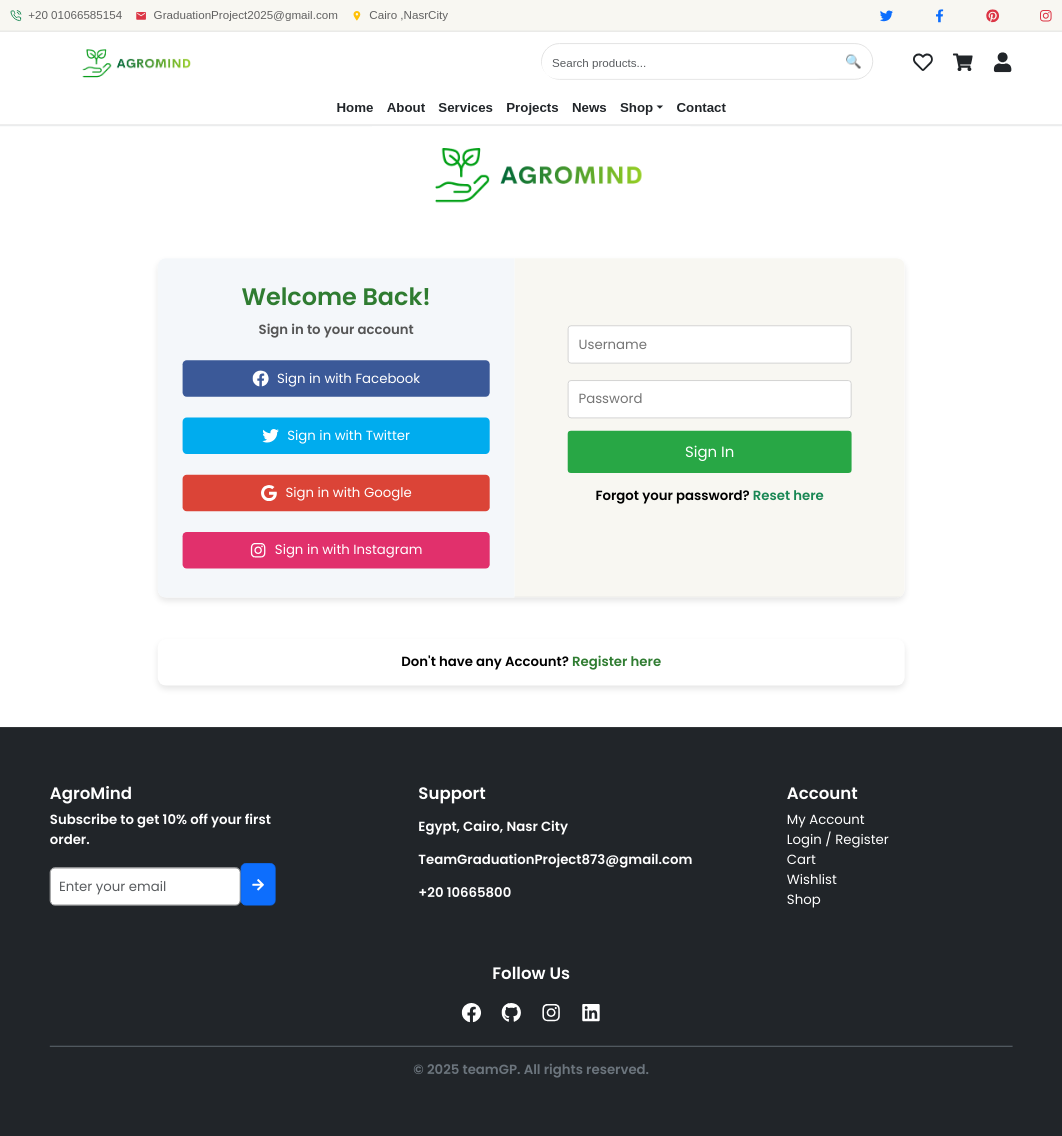
Repository: ShimaaMohamedRoshdi/WorkSpace-agromind
Page: /signin (app in agricultural-management-system-vs/agricultural-management-system-main/)
An editor plug-in stored every save of this project. The page is shown before and after the next save, followed by the edit.
The browser window is 1280 px wide. The pictures show the whole page, at 83% of full size.
The project was rebuilt for these pictures with package versions that can differ from the ones it lists, and the page was loaded fresh each time. Also part of the build but not shown: agricultural-management-system-vs/agricultural-management-system-main/vite.config.js, agricultural-management-system-vs/agricultural-management-system-main/src/pages/SignUp.jsx, agricultural-management-system-vs/agricultural-management-system-main/src/components/HealthyFoods.css, agricultural-management-system-vs/agricultural-management-system-main/src/components/HealthyFoods.jsx, agricultural-management-system-vs/agricultural-management-system-main/src/components/ProductCard.jsx, agricultural-management-system-vs/agricultural-management-system-main/src/components/Products.jsx, agricultural-management-system-vs/agricultural-management-system-main/src/components/AgricultureSkill.jsx, agricultural-management-system-vs/agricultural-management-system-main/src/components/HeroSection.jsx and 39 more.

Above is the page before, as saved 2025-05-01 04:26:36.

After the next save:
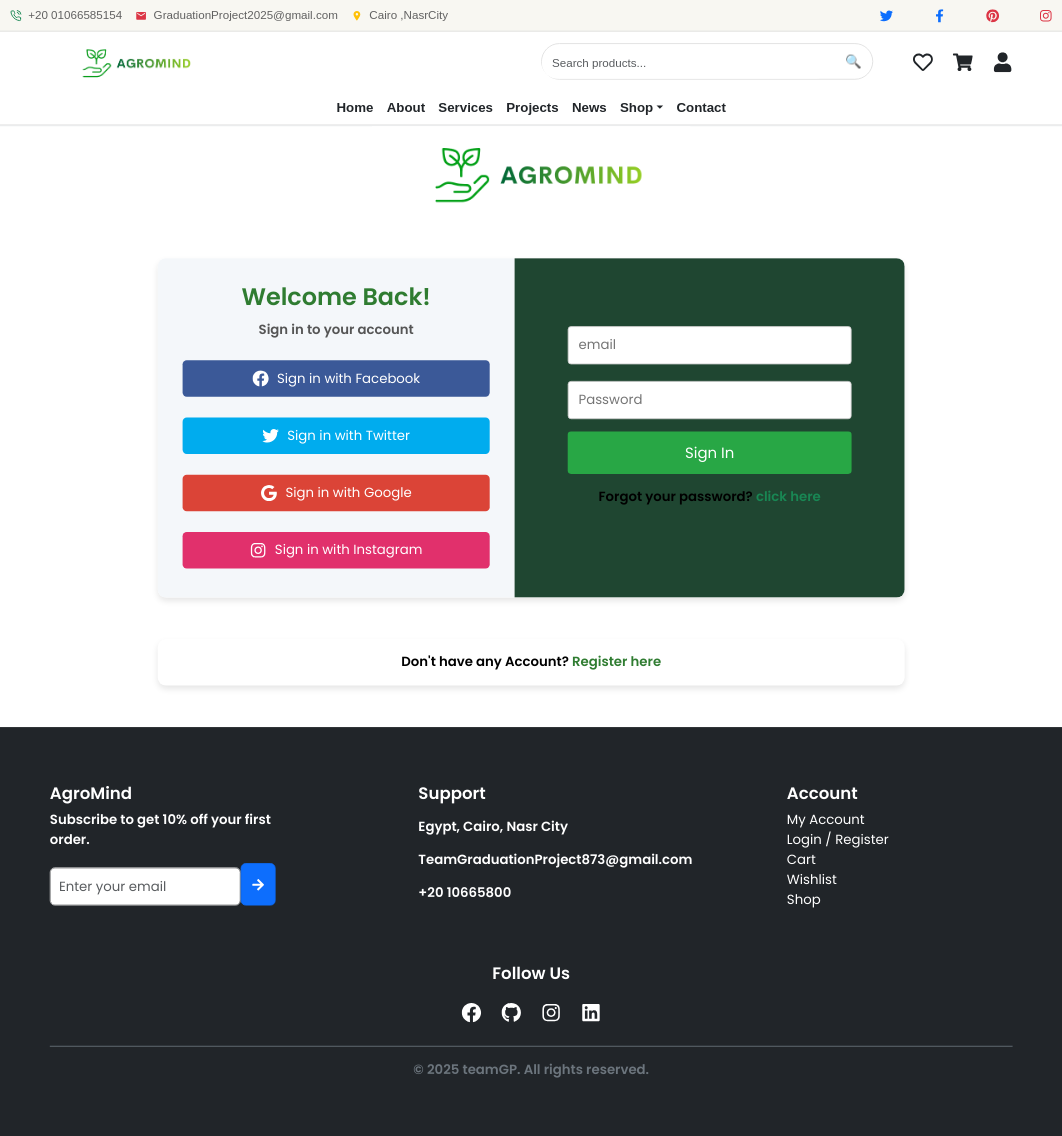
Saved 17 s later.
--- a/agricultural-management-system-vs/agricultural-management-system-main/src/pages/SignIn.jsx
+++ b/agricultural-management-system-vs/agricultural-management-system-main/src/pages/SignIn.jsx
@@ -3,6 +3,7 @@ import { Formik, Form, Field, ErrorMessage } from "formik";
 import { Link, useNavigate } from "react-router-dom"; // Import useNavigate
 import * as Yup from "yup";
 import { FaFacebook, FaTwitter, FaGoogle, FaInstagram } from "react-icons/fa";
+import api from "../../services/api";
 import "../App.css";
 import logo from "../assets/images/logo.png"; // Adjust the path to your logo
 import "./Signup.css";
@@ -21,7 +22,7 @@ const Signin = () => {
   }, []);
 
   const validationSchema = Yup.object({
-    username: Yup.string().required("Username is required"),
+    email: Yup.string().required("email is required"),
     password: Yup.string()
       .min(6, "Password must be at least 6 characters")
       .required("Password is required"),
@@ -29,14 +30,25 @@ const Signin = () => {
 
   const handleSubmit = async (values, { setSubmitting }) => {
     try {
-      console.log("Form Submitted", values);
-      alert("Sign-In Successful");
+      const response = await api.post("/api/Accounts/Login", {
+        email: values.email,
+        password: values.password,
+      });
 
-      // Navigate to dashboard after successful login
-      navigate("/dashboard");
+      if (response.status === 200) {
+        // You can store token or user data if returned
+        localStorage.setItem("token", response.data.token);
+
+        // Navigate to user page on success
+        navigate("/");
+      }
     } catch (error) {
-      console.error("Error during sign-in:", error);
-      alert("Error during sign-in. Please try again.");
+      if (error.response && error.response.status === 401) {
+        alert("email or password is incorrect.");
+      } else {
+        alert("An error occurred while signing in. Please try again.");
+      }
+      console.error("Login error:", error);
     } finally {
       setSubmitting(false);
     }
@@ -78,10 +90,10 @@ const Signin = () => {
         </div>
 
         {/* Right Section for the Sign-In Form */}
-        <div className="right-section bg-light">
+        <div className="right-section">
           <Formik
             initialValues={{
-              username: "",
+              email: "",
               password: "",
             }}
             validationSchema={validationSchema}
@@ -89,11 +101,11 @@ const Signin = () => {
           >
             {({ isSubmitting }) => (
               <Form>
-                {/* Username Field */}
+                {/* email Field */}
                 <div className="form-group">
-                  <Field name="username" placeholder="Username" />
+                  <Field name="email" placeholder="email" />
                   <ErrorMessage
-                    name="username"
+                    name="email"
                     component="div"
                     className="error"
                   />
@@ -124,10 +136,10 @@ const Signin = () => {
                 <p className="py-3">
                   Forgot your password?{" "}
                   <a
-                    href="/reset-password"
+                    href="/forget-password"
                     className="text-success d-inline text-decoration-none"
                   >
-                    Reset here
+                    click here
                   </a>
                 </p>
               </Form>
